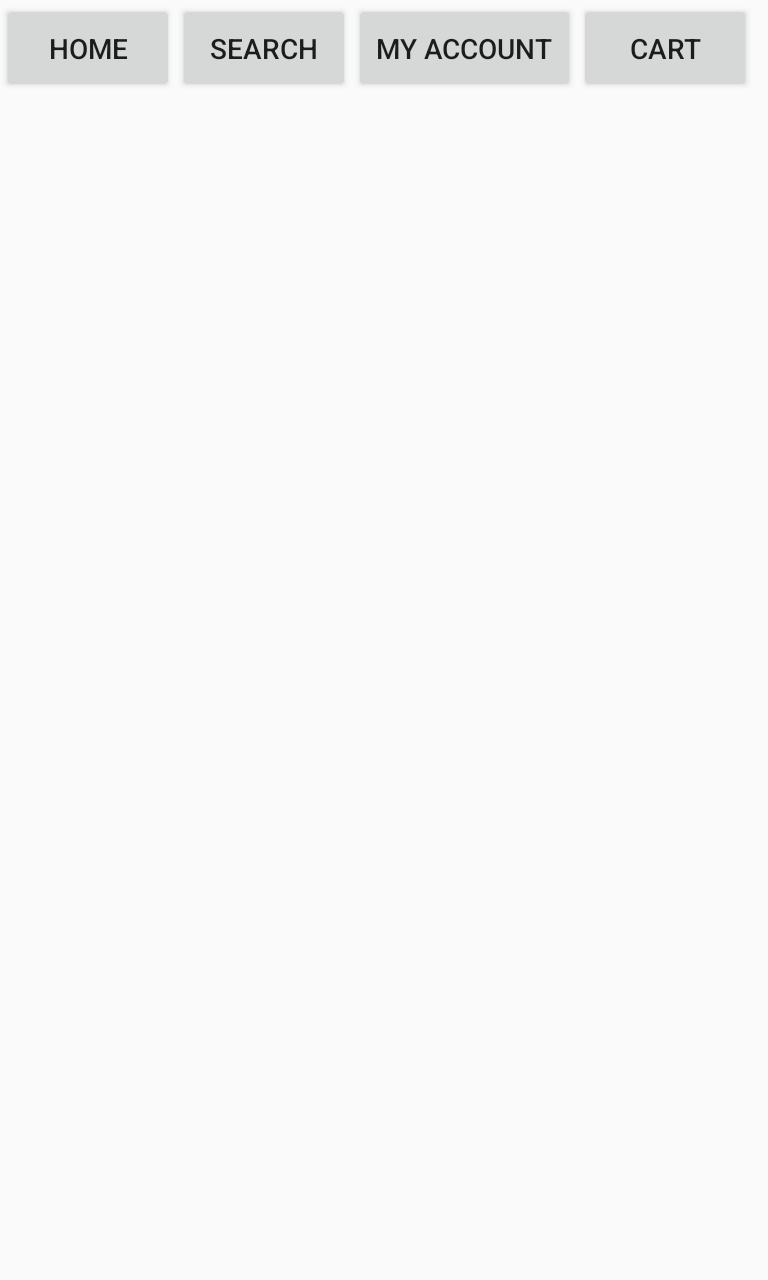
Repository: yangbingqi155/MyAndroidTrain
Layout: FirstDemo/res/layout/bottom_view.xml
These files come from the project's save history. The layout is drawn as it stood at one moment and after the next save; the edit follows.
It is drawn on a 768 x 1280 px phone screen (xhdpi) without system bars, with theme AppTheme; the app's code is not run.

Above is the layout before, as saved 2015-07-16 05:16:13.

### FirstDemo/res/layout/bottom_view.xml
<?xml version="1.0" encoding="utf-8"?>
<LinearLayout xmlns:android="http://schemas.android.com/apk/res/android"
    android:layout_width="match_parent"
    android:layout_height="match_parent"
    android:orientation="horizontal" >

<Button android:id="@+id/btn_home"
    android:layout_height="wrap_content"
    android:layout_width="wrap_content"
    android:text="@string/home_bottom_button"
     />
<Button
    android:id="@+id/btn_search"
    android:layout_width="wrap_content"
    android:layout_height="wrap_content"
    android:text="@string/search_bottom_button"
    />
<Button
    android:id="@+id/btn_account"
    android:layout_width="wrap_content"
    android:layout_height="wrap_content"
    android:text="@string/account_bottom_button"
    />
<Button
    android:id="@+id/btn_cart"
    android:layout_width="wrap_content"
    android:layout_height="wrap_content"
    android:text="@string/cart_bottom_button"
    />
</LinearLayout>

### FirstDemo/res/values/strings.xml
<?xml version="1.0" encoding="utf-8"?>
<resources>

    <string name="app_name">Valor</string>
    <string name="hello_world">Hello world!</string>
    <string name="action_settings">Settings</string>
    <string name="edit_message">Enter a message</string>
    <string name="button_send">Send</string>
    <string name="title_activity_display_mesaage">MyMessage</string>
    <string name="search_btn_title">Search</string>
    <string name="title_activity_bottom_fragment">BottomFragmentActivity</string>
	<string name="coming_soon_action_bar">COMING SOON</string>
	<string name="special_products_action_bar">SPECIAL PRODUCTS</string>
	<string name="new_arrive_action_bar">NEW ARRIVAL</string>

	<string name="home_bottom_button" >Home</string>
	<string name="search_bottom_button">Search</string>
	<string name="account_bottom_button">My Account</string>
	<string name="cart_bottom_button">Cart</string>
	<string name="preorder_cart_bottom_button">Pre-Card</string>

</resources>

Loaded but not shown: FirstDemo/res/values/styles.xml (common file); FirstDemo/res/values-v11/styles.xml (common file); FirstDemo/res/values-v14/styles.xml (common file)

After the next save:
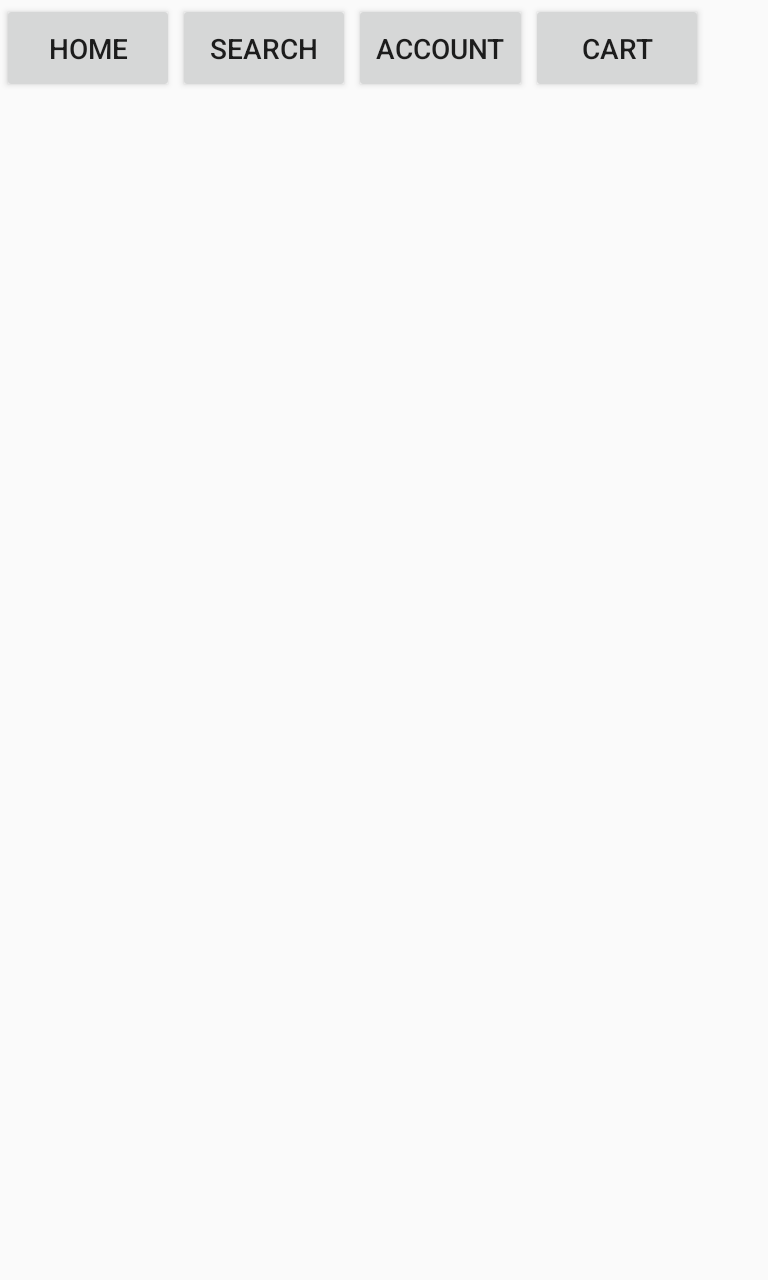
Saved 66 s later.
--- a/FirstDemo/res/values/strings.xml
+++ b/FirstDemo/res/values/strings.xml
@@ -15,7 +15,7 @@
 
 	<string name="home_bottom_button" >Home</string>
 	<string name="search_bottom_button">Search</string>
-	<string name="account_bottom_button">My Account</string>
+	<string name="account_bottom_button">Account</string>
 	<string name="cart_bottom_button">Cart</string>
 	<string name="preorder_cart_bottom_button">Pre-Card</string>
 
